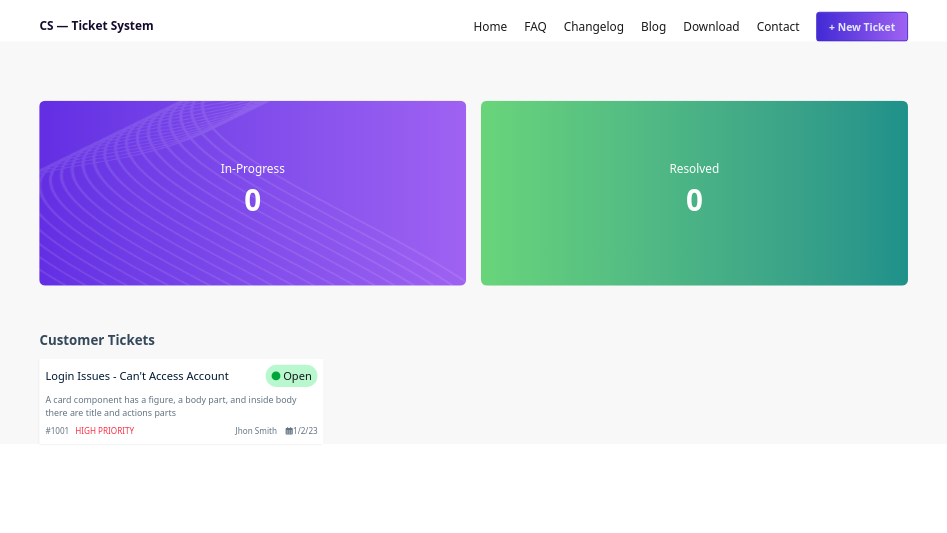
Repository: SanjidaSnigdha/Customer-Support-Zone
Page: /
These files come from the project's save history. The page is drawn as it stood at one moment and after the next save; the edit follows.
The browser window is 1280 px wide. The pictures show the whole page, at 74% of full size.
The project was rebuilt for these pictures with package versions that can differ from the ones it lists, and the page was loaded fresh each time. Also part of the build but not shown: vite.config.js, src/App.css.

Above is the page before, as saved 2026-03-24 04:22:19.

After the next save:
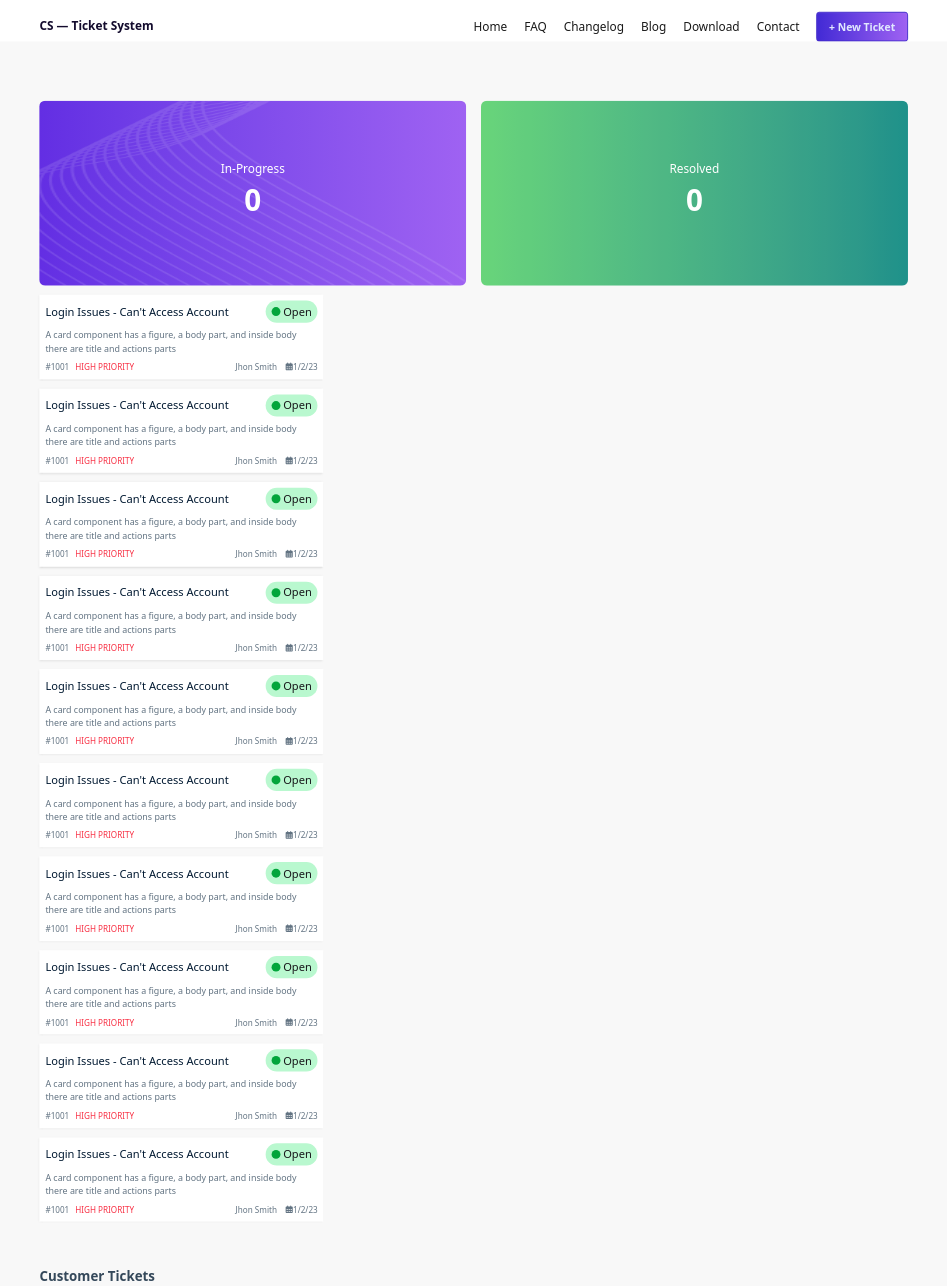
Saved 7 min 28 s later.
--- a/src/component/CustomerTickets/CustomerTickets.jsx
+++ b/src/component/CustomerTickets/CustomerTickets.jsx
@@ -6,9 +6,11 @@ const CustomerTickets = ({customerPromise}) => {
     console.log(customerTicket)
     return (
         <div className='w-11/12 mx-auto'>
-        <h1 className='font-semibold text-[#34485A] text-[18px] mt-15'>Customer Tickets</h1>
 
-       <div className="card w-96 bg-base-100 card-xs shadow-sm mt-3 rounded-none">
+    {
+        customerTicket.map(customer=>
+
+              <div className="card w-96 bg-base-100 card-xs shadow-sm mt-3 rounded-none">
   <div className="card-body">
     <div className='flex justify-between'>
      <h2 className="card-title text-[#001931] font-medium text-[15px]">Login Issues - Can't Access Account</h2>
@@ -30,6 +32,12 @@ const CustomerTickets = ({customerPromise}) => {
     </div>
   </div>
 </div>
+        )
+    }
+
+        <h1 className='font-semibold text-[#34485A] text-[18px] mt-15'>Customer Tickets</h1>
+
+
         </div>
     );
 };
